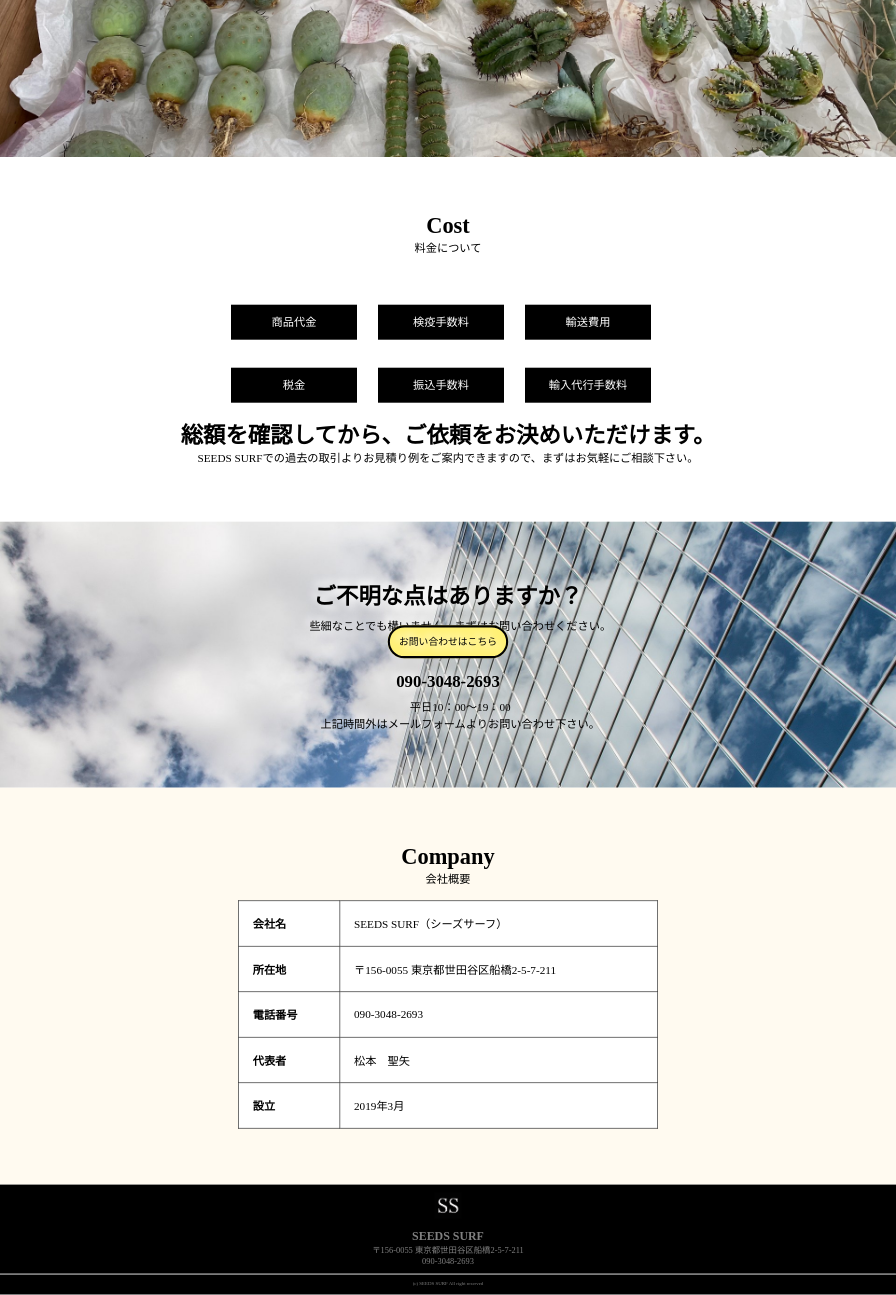
Repository: Seiya00002/seeds-surf-lp
Page: index.html
An editor plug-in stored every save of this project. The page is shown before and after the next save, followed by the edit.
The browser window is 1280 px wide. The pictures show the part of the page from y = 2225 to 4145 px (the page is 4075 px tall before and 4145 px after), at 70% of full size.

Above is the page before, as saved 2023-07-16 08:24:09.

After the next save:
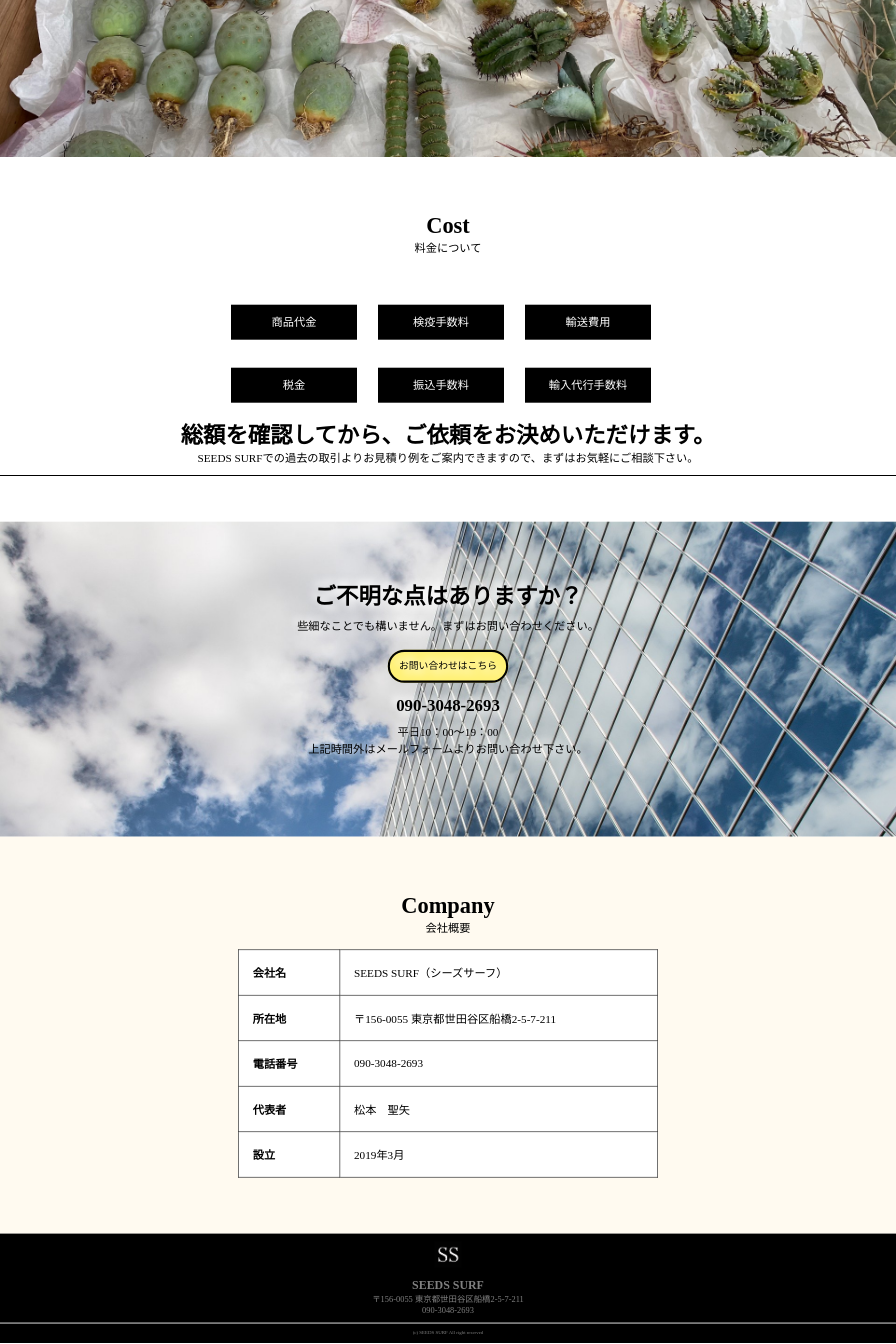
Saved 10 s later.
--- a/css/style.css
+++ b/css/style.css
@@ -234,7 +234,7 @@ padding-bottom: 50px;
 }
 
 .contact_wrapper p {
-    padding:10px 0 0 35px;
+    padding:10px 0 35px 0;
 }
 
 .btn {
